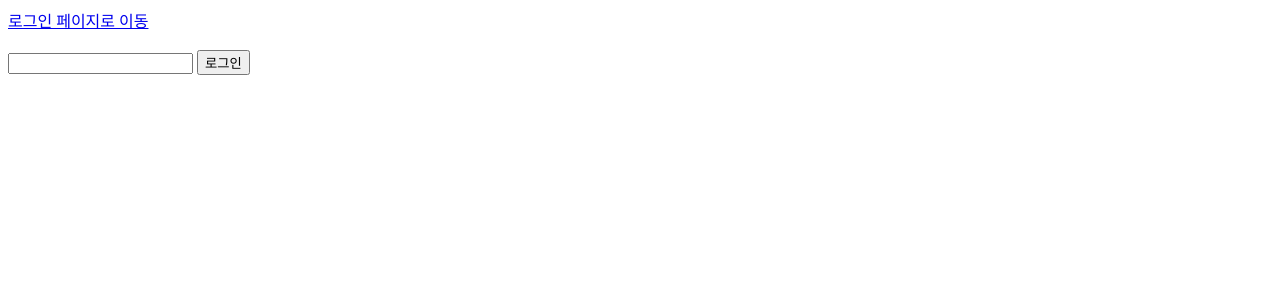
Repository: jeonjin8640/intellij
Page: http://localhost/servlet01/home.jsp
An editor plug-in stored every save of this project. The page is shown before and after the next save, followed by the edit.
The browser window is 1280 px wide. The pictures show the whole page.
The page is served by Tomcat 9. Other server files are loaded and not shown.

Above is the page before, as saved 2024-01-04 02:17:50.

### source/servlet01/src/main/webapp/home.jsp
<%@ page language="java" contentType="text/html; charset=UTF-8"
    pageEncoding="UTF-8"%>
<!DOCTYPE html>
<html>
<head>
<meta charset="UTF-8">
<title>Insert title here</title>
</head>
<body>
<a href="/servlet01/login">로그인 페이지로 이동</a>
<br />
<br />

<form method="post" action="/servlet01/login">
	<input type="text" name="userid">
	<input type="submit" value="로그인">
</form>

</body>
</html>

After the next save:
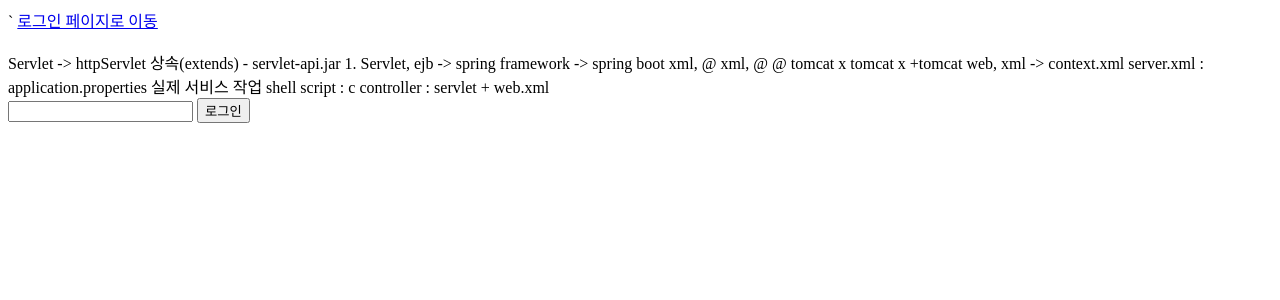
Saved 41 min 17 s later.
--- a/source/servlet01/src/main/webapp/home.jsp
+++ b/source/servlet01/src/main/webapp/home.jsp
@@ -5,13 +5,27 @@
 <head>
 <meta charset="UTF-8">
 <title>Insert title here</title>
-</head>
+</head>`
 <body>
 <a href="/servlet01/login">로그인 페이지로 이동</a>
 <br />
 <br />
 
 <form method="post" action="/servlet01/login">
+	<div>
+			Servlet -> httpServlet 상속(extends) - servlet-api.jar
+
+	1. Servlet, ejb -> spring framework -> spring boot
+	     xml, @              xml, @                  @
+	     tomcat x            tomcat x               +tomcat
+
+	web, xml -> context.xml server.xml : application.properties
+	                  실제 서비스                        작업
+
+	shell script : c
+
+	controller : servlet + web.xml
+	</div>
 	<input type="text" name="userid">
 	<input type="submit" value="로그인">
 </form>
